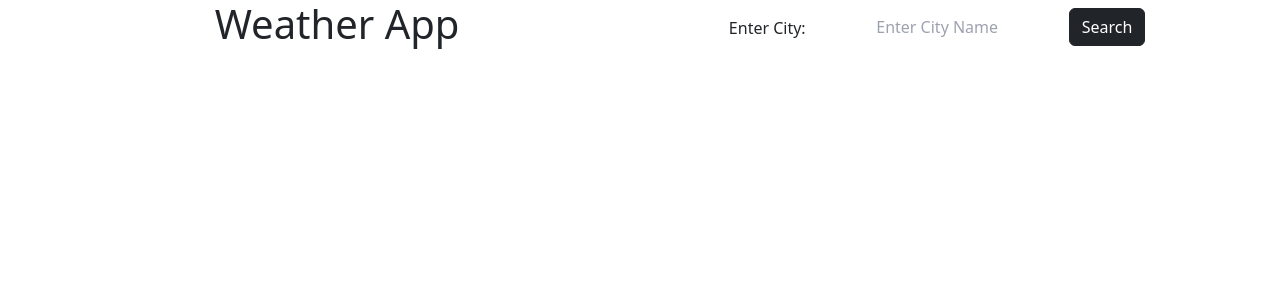
Repository: bhaveshtrades/weatherapp
Page: /
An editor plug-in stored every save of this project. The page is shown before and after the next save, followed by the edit.
The browser window is 1280 px wide. The pictures show the whole page.
The project was rebuilt for these pictures with package versions that can differ from the ones it lists, and the page was loaded fresh each time. Also part of the build but not shown: src/components/DetailedWeather.jsx, src/components/HourlyForecast.jsx.

Above is the page before, as saved 2023-01-25 00:34:28.

### public/index.html
<!DOCTYPE html>
<html lang="en">
  <head>
    <meta charset="utf-8" />
    <link rel="icon" href="%PUBLIC_URL%/favicon.ico" />
    <meta name="viewport" content="width=device-width, initial-scale=1" />
    <meta name="theme-color" content="#000000" />
    <meta
      name="description"
      content="Web site created using create-react-app"
    />
    <link rel="apple-touch-icon" href="%PUBLIC_URL%/logo192.png" />
    <!--
      manifest.json provides metadata used when your web app is installed on a
      user's mobile device or desktop. See https://developers.google.com/web/fundamentals/web-app-manifest/
    -->
    <link rel="manifest" href="%PUBLIC_URL%/manifest.json" />
  </head>

    <!--
      Notice the use of %PUBLIC_URL% in the tags above.
      It will be replaced with the URL of the `public` folder during the build.
      Only files inside the `public` folder can be referenced from the HTML.

      Unlike "/favicon.ico" or "favicon.ico", "%PUBLIC_URL%/favicon.ico" will
      work correctly both with client-side routing and a non-root public URL.
      Learn how to configure a non-root public URL by running `npm run build`.
    -->
    <title>React App</title>
  </head>
  <body>
    <noscript>You need to enable JavaScript to run this app.</noscript>
    <div id="root"></div>
    <!--
      This HTML file is a template.
      If you open it directly in the browser, you will see an empty page.

      You can add webfonts, meta tags, or analytics to this file.
      The build step will place the bundled scripts into the <body> tag.

      To begin the development, run `npm start` or `yarn start`.
      To create a production bundle, use `npm run build` or `yarn build`.
    -->
  </body>
</html>

### src/App.js
import React from 'react';
import CurrentWeather from './components/CurrentWeather';

function App() {

  return (
    <>
    <CurrentWeather/>
    </>
  );
}

export default App;

### src/components/CurrentWeather.jsx
import React, { useState } from 'react';
import DetailedWeather from './DetailedWeather';
import Navbar from './Navbar';
import HourlyForecast from './HourlyForecast';

function CurrentWeather(){

    const apiKey = process.env.REACT_APP_API_KEY;

    const[city, setCity] = useState();
    const[weatherData, setWeatherData] = useState([]);
    const[hourlyData, setHourlyData] = useState([]);

    let api = `http://api.weatherapi.com/v1/forecast.json?key=${apiKey}&q=${city}`;


    const weekDays = ['Sunday', 'Monday', 'Tuesday', 'Wednesday', 'Thursday', 'Friday', 'Saturday'];
    const months = ["January","February","March","April","May","June","July","August","September","October","November","December"]

     function getWeather(e){
      e.preventDefault();

      fetch(api).then(data => data.json())
      .then((response)=>{
        if(response.hasOwnProperty('location')){
        setWeatherData([response]);
        setHourlyData([response.forecast.forecastday[0].hour]);
        }else{
        setWeatherData([]);
        setHourlyData([]);
        }
      });
     }

     function forecastingData(element, index){
      let correctTime;
      let timeUnit = 'AM';
        if(new Date(`${element.time}`).getHours() === 0){
          correctTime = 12;
        }else if(new Date(`${element.time}`).getHours() === 12){
          correctTime = new Date(`${element.time}`).getHours();
          timeUnit = 'PM';
        }else if(new Date(`${element.time}`).getHours() > 12){
          correctTime = new Date(`${element.time}`).getHours() - 12;
          timeUnit = 'PM';
        }else{
          correctTime = new Date(`${element.time}`).getHours();
        }
        return <HourlyForecast key={index} tempProp={element.temp_c} iconProp={element.condition.icon} timeProp={correctTime+timeUnit}/>
     }

     console.log(new Date().getDate());

     function filteredForecasting(element){
      if(hourlyData[0].length !== 0){
      return new Date(`${element.time}`).getHours() >= new Date().getHours()
      }
    }

  return(
    <>
    <Navbar resultProp={getWeather} cityProp={(e)=>{setCity(e.target.value)}}/>
    {weatherData.length !==0 &&
    <div className='mt-16 w-3/4 ml-52 h-72'>
    <div>
    <h2>{weatherData[0].location.name}, {weatherData[0].location.country}</h2>
    <h4>{new Date(`${weatherData[0].current.last_updated}`).getDate()} {months[new Date(`${weatherData[0].current.last_updated}`).getMonth()]}, {weekDays[new Date(`${weatherData[0].current.last_updated}`).getDay()]}</h4>
    </div>
    <div className='flex gap-x-72'>
    <div className='flex gap-x-10 mt-6'>
    <div>
    <img src={`${weatherData[0].current.condition.icon}`} alt='This is a weather Icon'/>
    </div>
    <div>
    <h2>{weatherData[0].current.temp_c}<span>&#176;</span></h2>
    <h4>{weatherData[0].current.condition.text}</h4>
    </div>
    </div>
    <DetailedWeather maxTempProp={weatherData[0].forecast.forecastday[0].day.maxtemp_c} minTempProp={weatherData[0].forecast.forecastday[0].day.mintemp_c} sunriseProp={weatherData[0].forecast.forecastday[0].astro.sunrise} sunsetProp={weatherData[0].forecast.forecastday[0].astro.sunset} windSpeedProp={weatherData[0].current.wind_kph} rainChanceProp={weatherData[0].forecast.forecastday[0].day.daily_chance_of_rain}/>
    </div>
    </div>
    }
    {hourlyData.length !== 0 && <div className='mt-4 ml-52 w-3/4 h-56 overflow-auto'>
    <div>
    <h3>Today's Weather</h3>
    </div>
    {<div className='flex gap-x-12 pl-4 pt-2'>
    {hourlyData[0].filter(filteredForecasting).map(forecastingData)}
    </div>}
    </div>}
    </>
  )
}

export default CurrentWeather;

### src/components/Navbar.jsx
import React from 'react'

function Navbar({resultProp, cityProp}){

  return (
    <>
    <div className='sm: flex justify-around ml-20'>
    <div>
    <h1>Weather App</h1>
    </div>
    <div className='pt-2'>
    <form role="search" onSubmit={resultProp} className='flex gap-x-4'>
        <label htmlFor='cityName' className='pt-2'>Enter City: </label>
        <input type='text' className='text-center' placeholder='Enter City Name' onChange={cityProp}/>
        <button type="submit" className='btn btn-dark' onClick={resultProp}>Search</button>
    </form>
    </div>
    </div>
    </>
  )
}

export default Navbar;

Loaded but not shown: src/index.js (common file); src/index.css (common file); src/reportWebVitals.js (common file); tailwind.config.js (common file)

After the next save:
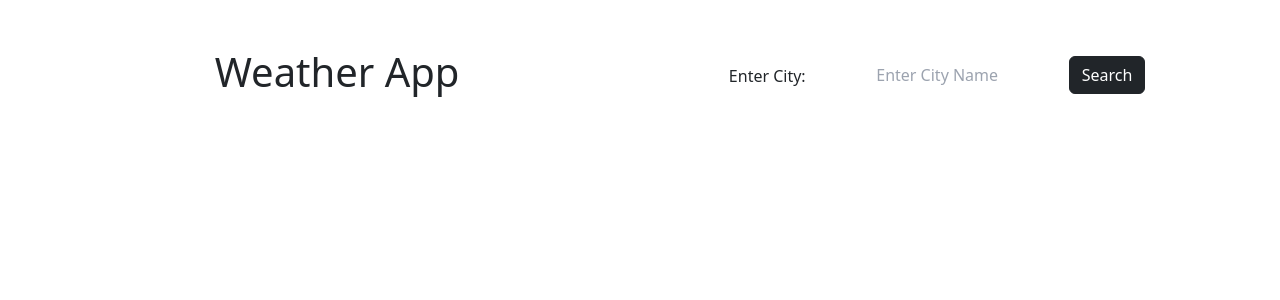
Saved 16 s later.
--- a/src/components/Navbar.jsx
+++ b/src/components/Navbar.jsx
@@ -4,7 +4,7 @@ function Navbar({resultProp, cityProp}){
 
   return (
     <>
-    <div className='sm: flex justify-around ml-20'>
+    <div className='sm: flex justify-around ml-20 mt-12'>
     <div>
     <h1>Weather App</h1>
     </div>
